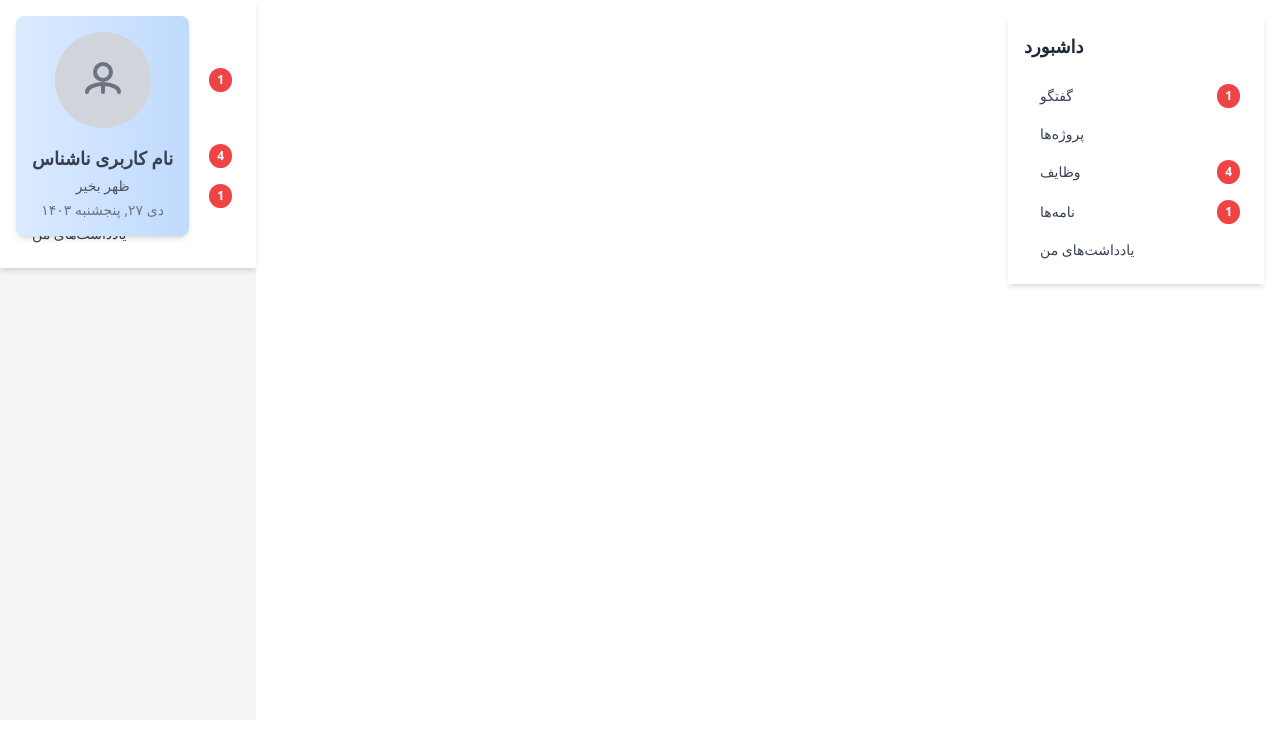
Repository: spnovaa/work-hive
Page: / (app in front_end/)
These files come from the project's save history. The page is drawn as it stood at one moment and after the next save; the edit follows.
The browser window is 1280 px wide. The pictures show the whole page.
The page's requests for data from a server got no answer. The project was rebuilt for these pictures with package versions that can differ from the ones it lists, and the page was loaded fresh each time. No one was signed in, and anything a server would have sent is missing. Also part of the build but not shown: front_end/src/api/auth.js, front_end/src/pages/login.jsx, front_end/src/pages/registration.jsx, front_end/src/components/profile/dropdown.jsx, front_end/src/components/project/projectCardComponent.jsx, front_end/src/components/loadingSpinner.jsx, front_end/src/components/project/projectDashboard.jsx, front_end/src/components/project/projectDetails.jsx and 1 more.

Above is the page before, as saved 2025-01-16 22:12:51.

### front_end/src/index.js
import React from 'react';
import ReactDOM from 'react-dom/client'; // Import from 'react-dom/client' for React 18+
import './styles/globals.css';
import App from './App';

// Create a root element for rendering the React application
const root = ReactDOM.createRoot(document.getElementById('root'));

// Use the new `render` method for React 18+
root.render(
  <React.StrictMode>
    <App />
  </React.StrictMode>
);

### front_end/src/App.jsx
import React from 'react';
import { BrowserRouter as Router, Routes, Route } from 'react-router-dom';
import Login from './pages/login';
import Registration from './pages/registration';
import Home from './pages/home';
import ProjectsDashboard from './components/project/projectDashboard.jsx';
import ProjectDetails from './components/project/projectDetails.jsx';
import NewProject from './components/project/newProject.jsx';
import DashboardSidebar from './components/dashboardSidebar';
function App() {
  return (
    <Router>
      <div className="flex h-screen">
        <div className="w-64 bg-gray-100">
          <DashboardSidebar />
        </div>
        <div className="flex-grow p-4">
          <Routes>
            <Route path="/login" element={<Login />} />
            <Route path="/register" element={<Registration />} />
            <Route path="/" element={<Home />} />
            <Route path="/projects" element={<ProjectsDashboard />} />
            <Route path="/projects/new" element={<NewProject />} />
            <Route path="/projects/:projectId" element={<ProjectDetails />} />
          </Routes>
        </div>
      </div>
    </Router>
  );
}

export default App;

### front_end/src/pages/home.jsx
import React, { useState } from 'react';
import ProfileSection from '../components/profile/profileSection';
import { useLocation } from 'react-router-dom';
import DashboardSidebar from '../components/dashboardSidebar';
function Home() {
  const location = useLocation();
  const name = location.state?.name || "نام کاربری ناشناس";
  const [background, setBackground] = useState('bg-white');
  const handleBackgroundChange = (bg) => {
    setBackground(bg);
  };
  const getCurrentDate = () => {
    const options = { weekday: 'long', year: 'numeric', month: 'long', day: 'numeric' };
    return new Date().toLocaleDateString('fa-IR', options); // Persian calendar format
  };
  return (
    <div className={`h-screen ${background} p-4`}>
      <div className="absolute top-4 left-4">
        <ProfileSection
          name={name}
          greeting="ظهر بخیر"
          date={getCurrentDate()}
          onBackgroundChange={handleBackgroundChange}
        />
      </div>
      <div className="absolute top-4 right-4">
        <DashboardSidebar />
      </div>
    </div>
  );
}

export default Home;

### front_end/src/components/dashboardSidebar.jsx
import React from 'react';
import { useNavigate } from 'react-router-dom';

function SidebarItem({ icon, label, notificationCount, onClick }) {
    return (
        <div
            className="flex items-center justify-between p-2 hover:bg-gray-100 rounded-md cursor-pointer"
            onClick={onClick}
        >
            <div className="flex items-center">
                <span className="text-lg text-gray-700 mr-2">{icon}</span>
                <span className="text-gray-700 text-sm font-medium">{label}</span>
            </div>
            {notificationCount > 0 && (
                <span className="bg-red-500 text-white text-xs font-bold rounded-full px-2 py-1">
                    {notificationCount}
                </span>
            )}
        </div>
    );
}

function DashboardSidebar() {
    const navigate = useNavigate();

    const handleNavigation = (path) => {
        navigate(path);
    };

    return (
        <div className="w-64 bg-white shadow-md p-4">
            <h2 className="text-gray-800 text-lg font-bold mb-4">داشبورد</h2>
            <SidebarItem
                icon={<i className="fas fa-comments" />}
                label="گفتگو"
                notificationCount={1}
                onClick={() => handleNavigation('/conversations')}
            />
            <SidebarItem
                icon={<i className="fas fa-folder-open" />}
                label="پروژه‌ها"
                notificationCount={0}
                onClick={() => handleNavigation('/projects')}
            />
            <SidebarItem
                icon={<i className="fas fa-tasks" />}
                label="وظایف"
                notificationCount={4}
                onClick={() => handleNavigation('/tasks')}
            />
            <SidebarItem
                icon={<i className="fas fa-envelope" />}
                label="نامه‌ها"
                notificationCount={1}
                onClick={() => handleNavigation('/letters')}
            />
            <SidebarItem
                icon={<i className="fas fa-sticky-note" />}
                label="یادداشت‌های من"
                notificationCount={0}
                onClick={() => handleNavigation('/notes')}
            />
        </div>
    );
}

export default DashboardSidebar;

### front_end/src/components/profile/profileSection.jsx
import React, { useState, useEffect, useRef } from 'react';
import ProfileDropdown from './dropdown.jsx';

const ProfileSection = ({ name, greeting, date, onBackgroundChange }) => {
  const [isDropdownOpen, setIsDropdownOpen] = useState(false);
  const dropdownRef = useRef(null);

  const toggleDropdown = () => {
    setIsDropdownOpen((prev) => !prev);
  };

  // Close dropdown when clicking outside
  useEffect(() => {
    const handleClickOutside = (event) => {
      if (dropdownRef.current && !dropdownRef.current.contains(event.target)) {
        setIsDropdownOpen(false);
      }
    };

    document.addEventListener('mousedown', handleClickOutside);
    return () => {
      document.removeEventListener('mousedown', handleClickOutside);
    };
  }, []);

  return (
    <div className="relative">
  {/* Profile Section */}
  <div
    className={`relative z-0 p-4 bg-gradient-to-r from-blue-100 to-blue-200 rounded-lg shadow-md max-w-xs cursor-pointer ${
      isDropdownOpen ? 'hidden' : ''
    }`}
    onClick={toggleDropdown}
  >
    <div className="flex flex-col items-center">
      <div className="bg-gray-300 w-24 h-24 rounded-full flex items-center justify-center mb-4">
        <svg
          xmlns="http://www.w3.org/2000/svg"
          className="h-12 w-12 text-gray-500"
          fill="none"
          viewBox="0 0 24 24"
          stroke="currentColor"
        >
          <path
            strokeLinecap="round"
            strokeLinejoin="round"
            strokeWidth="2"
            d="M12 12c2.21 0 4-1.79 4-4s-1.79-4-4-4-4 1.79-4 4 1.79 4 4 4zM12 14c-4.418 0-8 1.79-8 4m8-4c4.418 0 8 1.79 8 4m-8-4v4"
          />
        </svg>
      </div>
      <h2 className="text-lg font-semibold text-gray-700">{name}</h2>
      <p className="text-sm text-gray-600 mt-1">{greeting}</p>
      <p className="text-sm text-gray-500 mt-1">{date}</p>
    </div>
  </div>

  {/* Dropdown */}
  {isDropdownOpen && (
    <div
      ref={dropdownRef}
      className="absolute top-0 left-0  bg-white rounded-lg shadow-lg p-4 w-full"
    >
      <ProfileDropdown onBackgroundChange={onBackgroundChange} />
    </div>
  )}
</div>

  );
};

export default ProfileSection;

Loaded but not shown: front_end/public/index.html (common file); front_end/src/styles/globals.css (common file); front_end/tailwind.config.js (common file)

After the next save:
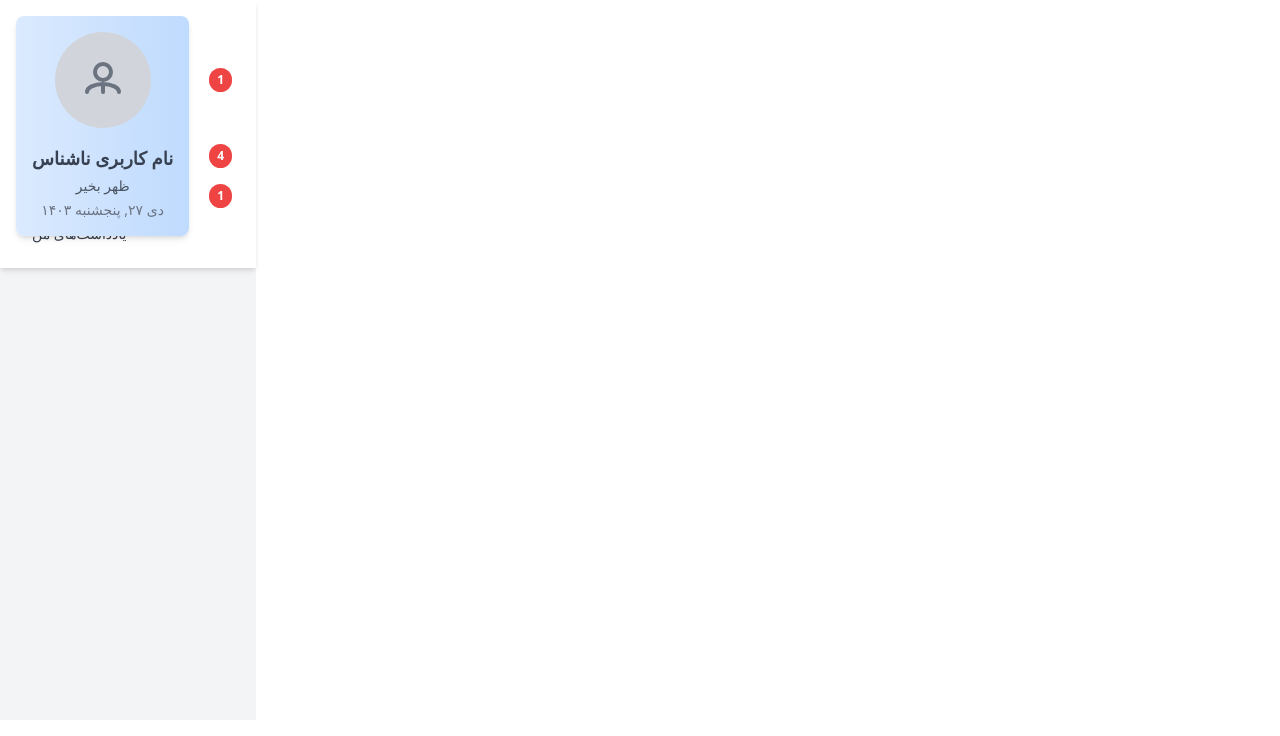
Saved 39 s later.
--- a/front_end/src/pages/home.jsx
+++ b/front_end/src/pages/home.jsx
@@ -23,9 +23,6 @@ function Home() {
           onBackgroundChange={handleBackgroundChange}
         />
       </div>
-      <div className="absolute top-4 right-4">
-        <DashboardSidebar />
-      </div>
     </div>
   );
 }
